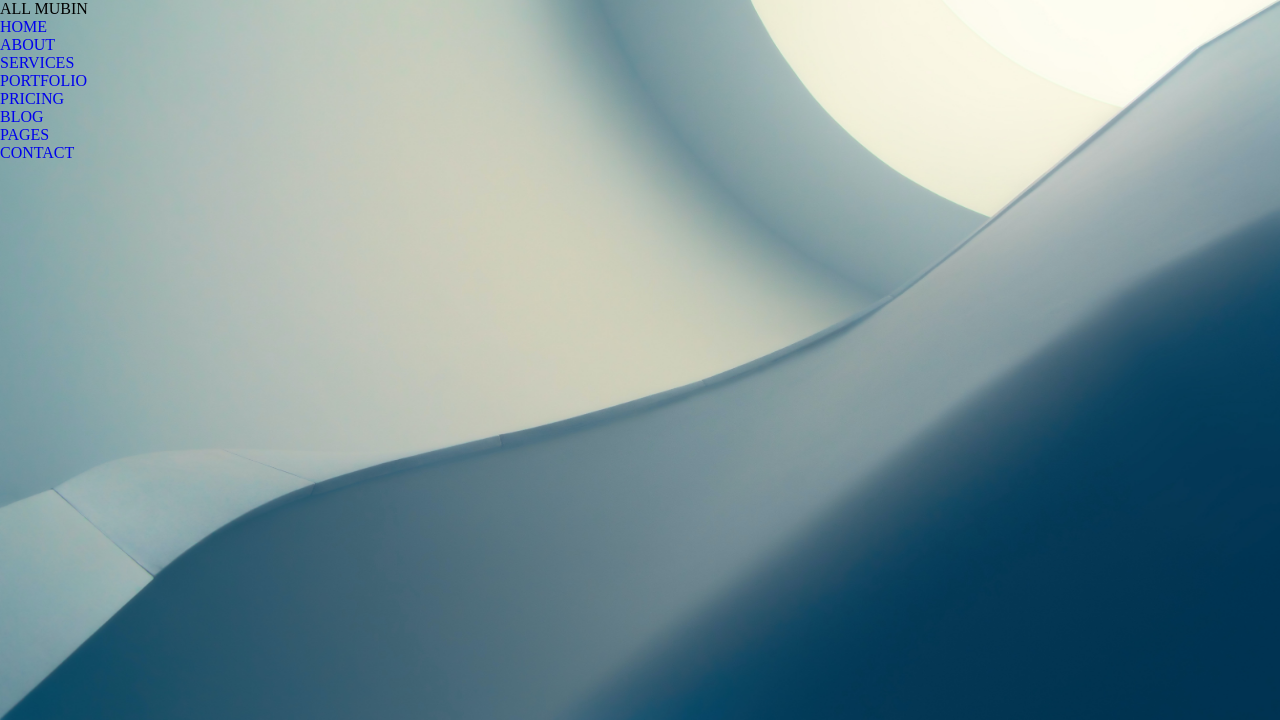
Repository: mdaj6804gmail/1-page-web-theme
Page: project 4/index.html
These files come from the project's save history. The page is drawn as it stood at one moment and after a run of saves; the edit follows.
The browser window is 1280 px wide. The pictures show the whole page.

Above is the page before, as saved 2022-12-18 19:54:25.

After the next 3 saves:
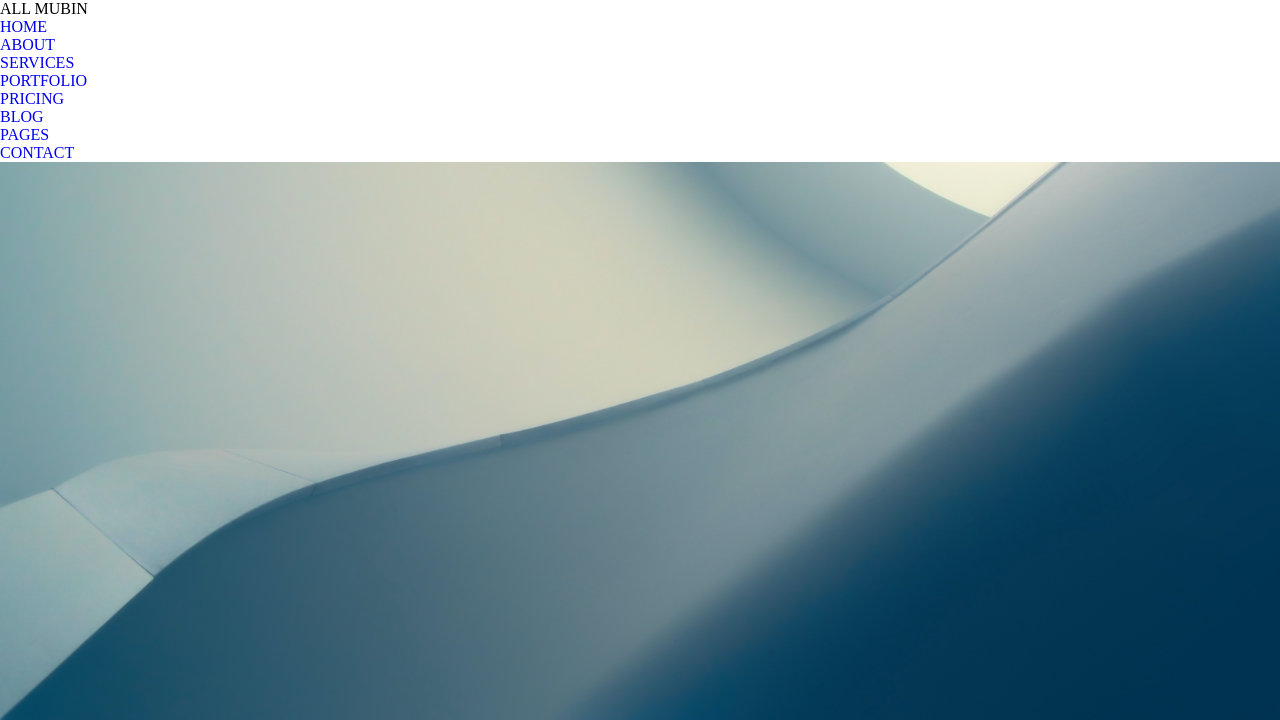
The 3 saves are shown as one change because they came seconds apart.
The last was saved 9 s later.
--- a/project 4/style.css
+++ b/project 4/style.css
@@ -23,5 +23,5 @@
     top: 0;
     left: 0;
     right: 0;
-    back
+    background: #FFF;
 }
